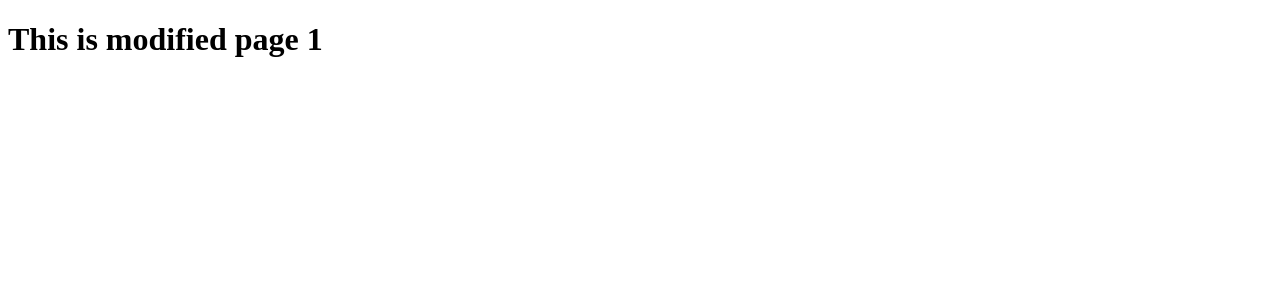
Repository: ravinforu/HTML5_CSS3_JS_Frameworks_Jul_2012-1
Page: Day03/WebContent/error.html
The author's editor kept a copy of each file at every save. The page is drawn from the files as they stood at one save, then again after the next save.
The browser window is 1280 px wide. The pictures show the whole page.

Above is the page before, as saved 2012-07-27 08:38:16.

### Day03/WebContent/error.html
<!DOCTYPE html>
<html manifest="cache.manifest">
<head>
	<script src="sample.js"></script>
</head>
<body>
	<h1>This is modified page 1</h1>
</body>
</html>

### Day03/WebContent/sample.js
alert("The datetime is " + new Date());

After the next save:
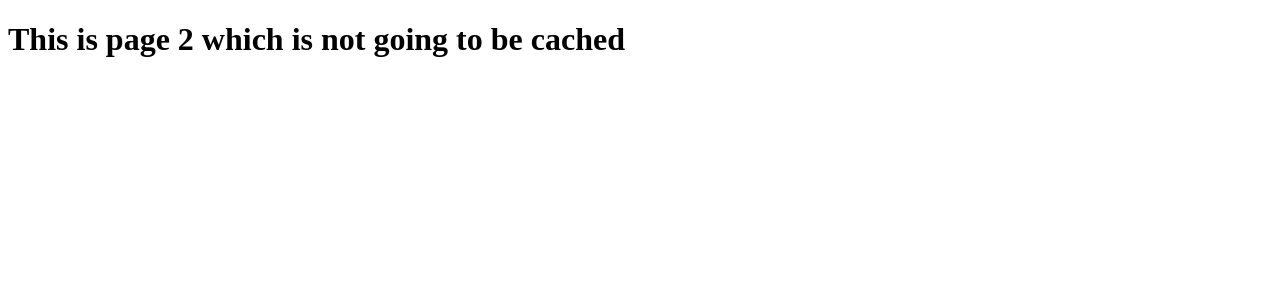
Saved 5 min 53 s later.
--- a/Day03/WebContent/error.html
+++ b/Day03/WebContent/error.html
@@ -1,9 +1,8 @@
 <!DOCTYPE html>
 <html manifest="cache.manifest">
 <head>
-	<script src="sample.js"></script>
 </head>
 <body>
-	<h1>This is modified page 1</h1>
+	<h1>This is page 2 which is not going to be cached</h1>
 </body>
 </html>
